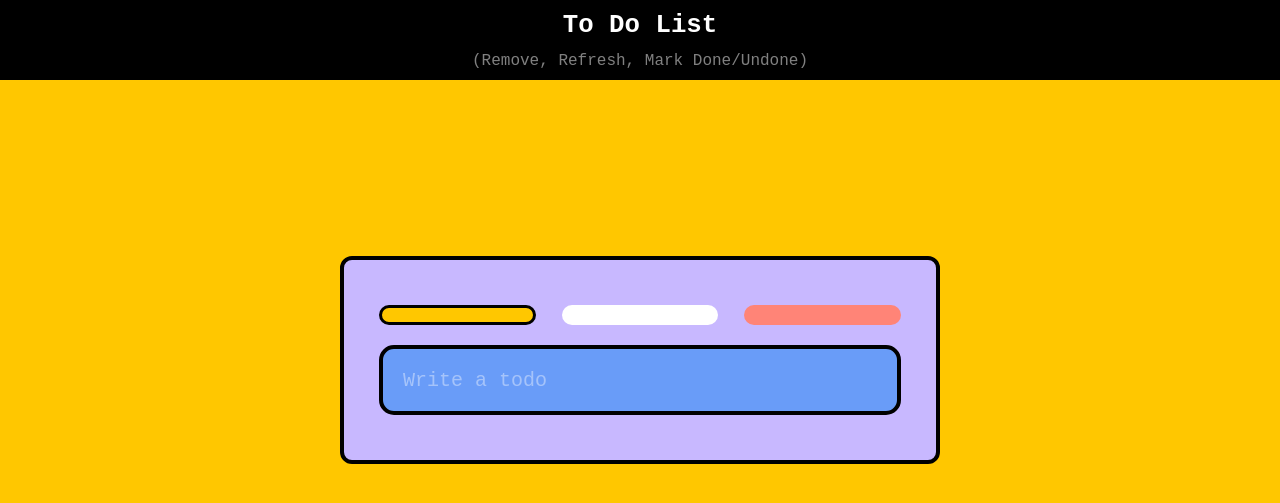
Repository: ThisIsSahaj/Js-Projects
Page: ToDoList/index.html
An editor plug-in stored every save of this project. The page is shown before and after the next save, followed by the edit.
The browser window is 1280 px wide. The pictures show the whole page.

Above is the page before, as saved 2024-04-24 09:59:25.

### ToDoList/index.html
<!DOCTYPE html>
<html lang="en">
<head>
    <meta charset="UTF-8">
    <meta http-equiv="X-UA-Compatible" content="IE=edge">
    <meta name="viewport" content="width=device-width, initial-scale=1.0">
    <title>To Do List</title>
    <link rel="stylesheet" href="style.css">
    <link rel="stylesheet" href="https://cdnjs.cloudflare.com/ajax/libs/font-awesome/6.0.0/css/all.min.css" integrity="sha512-9usAa10IRO0HhonpyAIVpjrylPvoDwiPUiKdWk5t3PyolY1cOd4DSE0Ga+ri4AuTroPR5aQvXU9xC6qOPnzFeg==" crossorigin="anonymous" referrerpolicy="no-referrer" />

</head>
<body>
    <div class="header">
       <h3>To Do List</h3>
        <p>(Remove, Refresh, Mark Done/Undone)</p>

    </div>
    <div class="box">
        <div class="ui" style="display: flex; justify-content: space-between;">

            <span style=" background-color: #FFC700; border: 3px solid black;"></span>
            <span style=" background-color: white; " ></span>
            <span style=" background-color: #FF8477; " ></span>
        </div>
            <input type="text" placeholder="Write a todo" >
            <ul class="todoBox">

            </ul>

    </div>
</body>

<script src="script.js"></script>
</html>

### ToDoList/style.css
*{
    margin: 0;
    padding: 0;
    box-sizing: border-box;
    outline: none;
}

body{
    /* background-color: #000; */
    background-color: #FFC700;
    display: flex;
    flex-wrap: wrap;
    font-family: monospace;
}

.header{
    width: 100%;
    height: 80px;
    background-color: black;
    color: white;
    display: flex;
    flex-direction: column;
    align-items: center;
    justify-content: center;
    font-family: monospace;
    font-size: 22px;
    gap: 12px;
    /* border: 2px solid blue; */
}

.header p {
    color: grey;
    font-size: 16px;
}



.box{
    /* border: 2px solid red; */
    /* background-color: #C6B9FF;
    margin-top: 50px;
    width: 100%;
    display: flex;
    justify-content: center;
    align-items: center;
    flex-direction: column; */

    width: 600px;
    padding: 25px 35px;
    position: absolute;
    top: 50%;
    left: 50%;
    transform: translate(-50%,-50%);
    background-color: #C8B8FF;
    border: 4px solid black;
    color: black;
    border-radius: 12px;
    font-weight: bold;
}

.box span{
    border-radius: 10px;
    width: 30%;
    height: 20px;
    margin: 20px 0px;
    background-color: white;

}


input{
    width: 100%;
    height: 70px;
    border-radius: 15px;
    color: black;
    padding: 20px;
    font-size: 20px;
    font-family: monospace;
    background-color: #699CF8;
    border: 4px solid black;

}
::placeholder {
    color: white;
    opacity: 0.4;
  }


.todoBox{
    /* border: 2px solid red; */
    margin-top: 20px;
    list-style: none;
    width: 100%;
}



.todoBox li {
    position: relative;
    /* background-color: rgb(34, 34, 34); */
    background-color: white;
    color: black;
    /* box-shadow: 0px 3px 6px rgba(0, 0, 0, 0.05), 0px 8px 15px rgba(0, 0, 0, 0.1), 0 0 0 1px rgba(255, 255, 255, 0.1); */
    padding: 20px;
    border-radius: 15px;
    border: 3px solid black;



    /* transition: box-shadow 0.25s; */
    /* width: 100%; */
    /* height: 50px; */
    margin: 20px 0px;

    font-size: 16px;
    /* font-family: monospace; */
    padding-right: 45px;
    text-align: justify;
    user-select: none;

}

.todoBox li i {
    /* color: rgb(142, 142, 142); */
    color: #FF8477;
    -webkit-text-stroke: 0.5px #FF8477 ;
    position: absolute;
    right: 20px;
    cursor: pointer;
    /* top: 50%; */
    top: 20px;

}

.done{
    text-decoration: line-through;
    color: grey !important;

}

### ToDoList/script.js
const input = document.querySelector('input');
const todoBox = document.querySelector('.todoBox');



// ✅ LOCAL STORAGE
const updateLS = () => {
    const taskValue = document.querySelectorAll('li');

    const tasks = [];

    taskValue.forEach((curEle) => {
        return tasks.push(curEle.textContent.trim());
    });

    localStorage.setItem('tasks', JSON.stringify(tasks));
}




// ✅ ADD TASK
const addTask = (text) => {
    const task = document.createElement('li');

    const htmlData =
        ` <p>${text}</p>

          <i class="delete fa-regular fa-circle-xmark"></i> `
    task.insertAdjacentHTML('afterbegin', htmlData);
    todoBox.appendChild(task);


    // ✅ DELETE TASK
    const deleteBtn = task.querySelector('i');
    deleteBtn.addEventListener('click', ()=>{
    task.remove();
    updateLS();
    })


    // ✅ Mark a task DONE/UNDONE
    task.addEventListener('click', ()=>{
        task.classList.toggle('done');
    })
}





// ✅ GET THE INPUT
input.addEventListener('keyup', (event)=>{

    // to know which key is being pressed
   // console.log(event.key);

  if (event.key == 'Enter') {

    // to get the value written in input
    // console.log(input.value);

      addTask(input.value);
      updateLS();

      //to clear the value written in input after ENTER
      input.value = "";

    }
})






// ✅ GETTING DATA BACK FROM LOCAL SOTRAGE
const taskAvailable = JSON.parse(localStorage.getItem('tasks'));

if(taskAvailable)
{
    taskAvailable.forEach((curTask) =>
    {
        addTask(curTask);
    })};

After the next save:
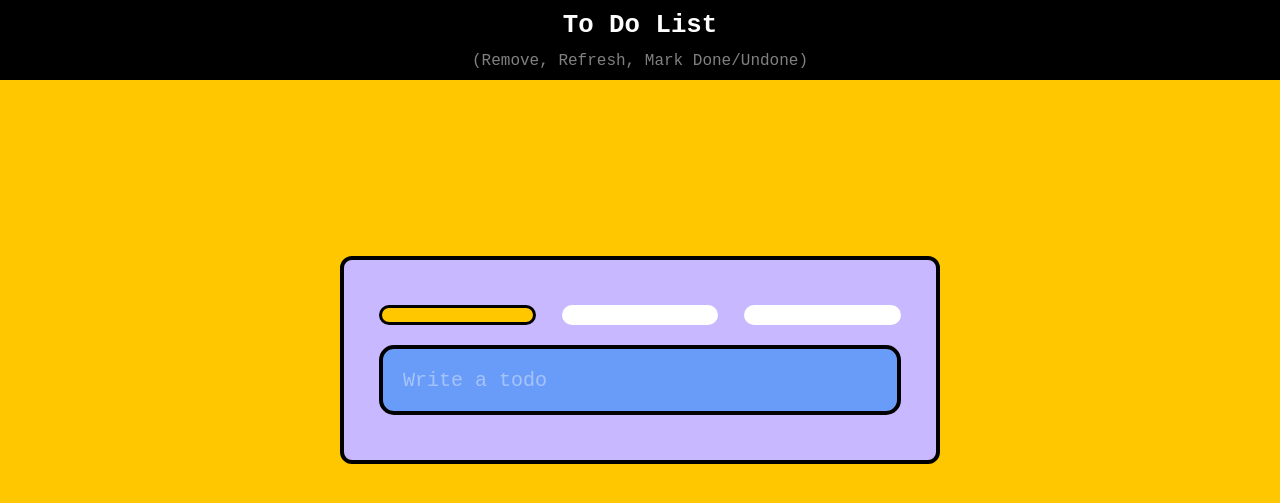
Saved 5 s later.
--- a/ToDoList/index.html
+++ b/ToDoList/index.html
@@ -20,7 +20,7 @@
 
             <span style=" background-color: #FFC700; border: 3px solid black;"></span>
             <span style=" background-color: white; " ></span>
-            <span style=" background-color: #FF8477; " ></span>
+            <span style=" background-color: white; " ></span>
         </div>
             <input type="text" placeholder="Write a todo" >
             <ul class="todoBox">
